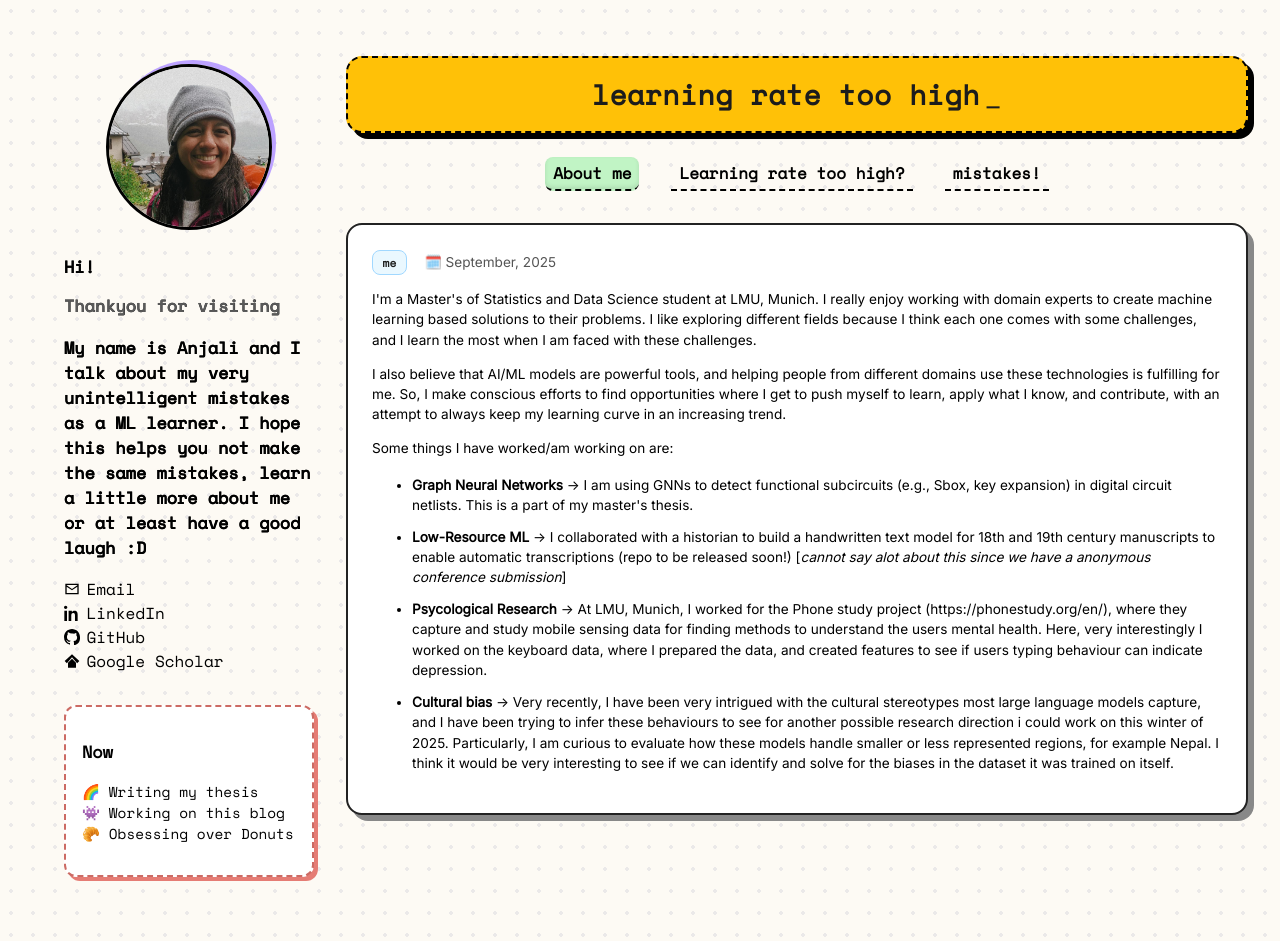
Repository: anjalisarawgi/learning_rate_too_high
Page: index.html
An editor plug-in stored every save of this project. The page is shown before and after the next save, followed by the edit.
The browser window is 1280 px wide. The pictures show the whole page.

Above is the page before, as saved 2025-11-03 10:25:26.

### index.html
<!DOCTYPE html>
<html lang="en">
<head>
  <meta charset="UTF-8" />
  <meta name="viewport" content="width=device-width, initial-scale=1.0" />
  <meta name="title" content="Learning Rate Too High – Machine Learning Mistakes by Anjali Sarawgi">
  <meta name="description" content="A lighthearted blog documenting my ML experiments, mistakes, and lessons learned.">
  <meta name="author" content="Anjali Sarawgi">
  <meta name="robots" content="index, follow">
  <link rel="canonical" href="https://anjalisarawgi.github.io/learning_rate_too_high/">
  <title>learning rate too high</title>
  <!-- <link href="https://fonts.googleapis.com/css2?family=Space+Mono&family=Press+Start+2P&display=swap" rel="stylesheet"> -->
  <link href="https://fonts.googleapis.com/css2?family=Space+Mono&family=Press+Start+2P&family=Inter&display=swap" rel="stylesheet">
  <style>
    body {
      font-family: 'Space Mono', monospace;
      background-color: #fdfaf4;
      margin: 0;
      padding: 2rem;
      /* background-image: radial-gradient(#ebe9e9 2px, transparent 1px); */
      background-image: radial-gradient(#ebe9e9 2px, transparent 2px);
      background-size: 22px 22px;
    }

    header {
      background: #FFC107;
      color: #1C1C1C;
      padding: 1rem 2rem;
      font-size: 1.75rem;
      font-weight: 700;
      font-family: 'Space Mono', monospace;
      border: 2px dashed #000;
      border-radius: 1rem;
      box-shadow: 6px 6px 0 #000;
      max-width: 900px;
      margin: 1.5rem auto;
      text-align: center;
      letter-spacing: 0.5px;
      transition: all 0.2s ease;

    }

    .cursor {
      display: inline-block;
      margin-left: 0.3rem;
      animation: blink 1s steps(2, start) infinite;
      font-weight: 400;
    }

    @keyframes blink {
      to {
        visibility: hidden;
      }
    }

    nav {
      display: flex;
      justify-content: center;
      gap: 2rem;
      margin: 1.5rem 0;
      flex-wrap: wrap;
    }

    nav a {
  text-decoration: none;
  color: #000;
  font-weight: bold;
  border-bottom: 2px dashed #000;
  padding: 0.25rem 0.5rem;
  transition: all 0.2s ease;
}

nav a:hover {
  background: #A9E6AE; /* slightly darker green */
  border-radius: 0.5rem;
  transform: scale(1.05);
}

nav a.active {
  background: #C1F4C5; /* light green */
  border-radius: 0.5rem;
  font-weight: 700;
  box-shadow: inset 0 -2px 4px rgba(0,0,0,0.1);
}

    .card {
      background: #fff;
      border: 2px solid #222;
      border-radius: 1rem;
      box-shadow: 6px 6px 0 #888;
      padding: 1.5rem;
      margin: 2rem auto;
      max-width: 900px;
      transition: all 0.2s ease;

    }

    .card:hover {
      box-shadow: 8px 8px 0 #aaa;
      transform: translate(-2px, -2px);
    }

    .card h2 {
      margin-top: 0;
      color: #222;
    }

    .card small {
      color: #555;
    }

    .tag {
      display: inline-block;
      background: #EAF8FF;
      color: #1C1C1C;
      border: 1px solid #A1D8FF;
      font-size: 0.7rem;
      font-weight: bold;
      padding: 0.2rem 0.6rem;
      margin-right: 0.5rem;
      border-radius: 0.5rem;
    }

    .footer-cta {
      text-align: center;
      margin-top: 4rem;
      font-size: 1rem;
    }

    .now-block {
      background: #fff; /* light lavender background */
      font-size: 0.9rem;
      padding: 1rem;
      border-radius: 0.75rem;
      margin-top: 2rem;
      /* box-shadow: 4px 4px 0 #bca2ff; soft purple shadow */
      /* border: 2px dashed #8e72d6; retro purple border */
      box-shadow: 4px 4px 0 #e57c74; /* balanced warm red shadow */
  border: 2px dashed #cc6b64;   /* slightly deeper coral border */
      color: #000;
    }
    footer {
      text-align: center;
      margin-top: 4rem;
      color: #888;
      font-size:
       0.85rem;
    }

    .intro-bold {
      font-weight: 700;
      font-size: 1.05rem;
      /* color: #111; */
      text-shadow: 0.1px 0.1px #111
    }
    .cute-photo {
  width: 160px;
  height: 160px;
  object-fit: cover;
  border: 3px solid #000;
  box-shadow: 4px 4px 0 #bca2ff;
  /* box-shadow: 4px 4px 0 #a2d2ff; soft blue shadow */
    /* box-shadow: 4px 4px 0 #f4a7a0; pastel red shadow */
  background-color: #fff8e1;
  background: radial-gradient(circle at 30% 30%, #fff8e1 0%, #f2e3ff 80%);
  border-radius: 50%;
  margin: 0 auto 1.5rem auto;
  display: block;

  /* Proper flower mask pattern */
  mask: radial-gradient(circle at center, black 60%, transparent 61%)
        repeat-conic-gradient(black 0deg 20deg, transparent 20deg 40deg);
  -webkit-mask: radial-gradient(circle at center, black 60%, transparent 61%)
                repeat-conic-gradient(black 0deg 20deg, transparent 20deg 40deg);
  mask-composite: intersect;
  -webkit-mask-composite: destination-in;

  transition: transform 0.3s ease;
  transform: rotate(-90deg);
}

.cute-photo:hover {
  box-shadow: 0 0 10px rgba(188, 162, 255, 0.4);
  transform: scale(1.05);
}
    /* .cute-photo:hover {
  transform: rotate(2deg) scale(1.05);
  transition: all 0.3s ease;
} */
    /* Make text inside .card paragraphs and lists use Inter instead of Space Mono */
/* Card body text with smaller, cleaner font */
.card p,
.card li,
.card small {
  font-family: 'Inter', sans-serif;
  font-size: 0.85rem;       /* Smaller size */
  line-height: 1.5;         /* Keep good spacing */
}

/* Card headings stay Space Mono */
.card h2 {
  font-family: 'Space Mono', monospace;
  font-size: 1.3rem;         /* Optional: Slightly smaller heading too */
}
ul li {
  margin-bottom: 0.7rem; /* adjust value as needed */
  line-height: 1.6; /* optional: improves readability */
}
  </style>
</head>
<body>
  <div style="display: flex; max-width: 1400px; margin: 0 auto;">
    <aside style="width: 250px; padding: 2rem; font-family: 'Space Mono', monospace;">
      <img
      src="myphoto2.jpeg"
      alt="Anjali Sarawgi"
      class="cute-photo">
      <h2 class="intro-bold" style="margin-top: 0;">Hi!</h2>
      <h3 class="intro-bold" style="margin-top: 0; color: #5a5a5a;">Thankyou for visiting</h3>
      <p class="intro-bold">
        My name is <strong>Anjali</strong> and I talk about my very unintelligent mistakes as a ML learner. I hope this helps you not make the same mistakes, learn a little more about me or at least have a good laugh :D
      </p>

      <a href="mailto:anjali.sarawgi9@gmail.com" style="display: flex; align-items: center; gap: 0.4rem; text-decoration: none; color: #000;">
        <!-- Email Icon -->
        <svg xmlns="http://www.w3.org/2000/svg" width="16" height="16" fill="currentColor" viewBox="0 0 24 24">
          <path d="M2 4h20v16H2V4zm2 2v.511l8 5.334 8-5.334V6H4zm0 2.489V18h16V8.489l-8 5.333-8-5.333z"/>
        </svg>
        <span>Email</span>
      </a>

      <a href="https://www.linkedin.com/in/anjali-sarawgi" target="_blank" style="display: flex; align-items: center; gap: 0.4rem; text-decoration: none; color: #000;">
        <!-- LinkedIn Icon -->
        <svg xmlns="http://www.w3.org/2000/svg" width="16" height="16" fill="currentColor" viewBox="0 0 24 24">
          <path d="M4.98 3.5C4.98 4.88 3.88 6 2.5 6S0 4.88 0 3.5 1.12 1 2.5 1 4.98 2.12 4.98 3.5zM.5 8.49h4V24h-4V8.49zm7.5 0h3.84v2.11h.05c.54-1.01 1.84-2.07 3.79-2.07 4.05 0 4.8 2.66 4.8 6.12V24h-4v-7.79c0-1.86-.03-4.26-2.59-4.26-2.59 0-2.99 2.02-2.99 4.11V24h-4V8.49z"/>
        </svg>
        <span>LinkedIn</span>
      </a>

      <!-- GitHub -->
      <a href="https://github.com/anjalisarawgi" target="_blank" style="display: flex; align-items: center; gap: 0.4rem; text-decoration: none; color: #000;">
        <svg xmlns="http://www.w3.org/2000/svg" width="16" height="16" fill="currentColor" viewBox="0 0 24 24">
          <path d="M12 0C5.37 0 0 5.37 0 12a12 12 0 008.21 11.43c.6.11.82-.26.82-.58v-2.02c-3.34.73-4.04-1.61-4.04-1.61-.55-1.38-1.35-1.75-1.35-1.75-1.1-.76.08-.74.08-.74 1.22.09 1.87 1.25 1.87 1.25 1.08 1.85 2.84 1.31 3.54 1 .11-.79.42-1.31.76-1.61-2.66-.3-5.47-1.33-5.47-5.91 0-1.31.47-2.38 1.24-3.22-.12-.3-.54-1.52.12-3.17 0 0 1-.32 3.29 1.23A11.45 11.45 0 0112 6.84c1.02.01 2.04.14 3 .42 2.29-1.55 3.29-1.23 3.29-1.23.66 1.65.24 2.87.12 3.17.77.84 1.24 1.91 1.24 3.22 0 4.6-2.82 5.61-5.5 5.91.43.37.81 1.09.81 2.21v3.27c0 .32.22.69.83.57A12 12 0 0024 12c0-6.63-5.37-12-12-12z"/>
        </svg>
        <span>GitHub</span>
      </a>


      <!-- Google Scholar -->
      <a href="https://scholar.google.com/citations?user=S54iOkAAAAAJ&hl=en" target="_blank" style="display: flex; align-items: center; gap: 0.4rem; text-decoration: none; color: #000;">
        <svg xmlns="http://www.w3.org/2000/svg" width="16" height="16" fill="currentColor" viewBox="0 0 24 24">
          <path d="M12 2L1 12l3.29 3.29L12 6.41l7.71 8.88L23 12zM12 8.5l-6 6V22h12v-7.5l-6-6z"/>
        </svg>
        <span>Google Scholar</span>
      </a>


      <div class="now-block">
        <h3>Now</h3>
        <p>🌈 Writing my thesis<br>👾 Working on this blog <br>🥐 Obsessing over Donuts</p>
      </div>
    </aside>

    <main style="flex: 1;">
      <header>learning rate too high<span class="cursor">_</span></header>
      <nav>
        <a href="#" data-tab="about" class="active" >About me</a>
        <a href="#" data-tab="loss-infinity">Learning rate too high?</a>
        <a href="#" data-tab="loss-infinity">mistakes!</a>
        <!-- <a href="#" data-tab="raw-text">uncertainity?</a> -->
        <!-- <a href="#" data-tab="wrong-script">wrong script AGAIN!</a> -->
        <!-- <a href="#" data-tab="wrong-script">package version/s</a> -->
        <!-- <a href="#" data-tab="wrong-script">parameters are IMP</a> -->
        <!-- <a href="#" data-tab="wrong-script">some research directions i think of</a> -->
        <!-- <a href="#" data-tab="wrong-script">the data problem</a> -->

        <!-- <a href="#" data-tab="shuffled-labels">shuffled labels</a> -->
      </nav>

      <div class="card" data-tab-content="wrong-script" style="display: none;">
        <div class="tag">bug</div><div class="tag">torch</div>
        <h2>correct code ... wrong script in training</h2>
        <small>🗓️ May, 2025</small>
        <p>I trained a model. I tweaked layers. I changed the loss function. I cursed PyTorch.<br>Nothing changed.<br><br>Turns out, I was editing <code>train.py</code> in folder A and running <code>train.py</code> in folder B. The curse was me.</p>
      </div>

      <div class="card" data-tab-content="loss-infinity" style="display: none;">
        <div class="tag">loss</div><div class="tag">div/0</div>
        <h2>loss infinity</h2>
        <small>🗓️ Jul 10, 2025</small>
        <p>My model diverged so hard it reached theological questions.<br>Turns out I forgot to normalize the input. Again. And again. And again...</p>
      </div>

      <div class="card" data-tab-content="raw-text" style="display: none;">
        <div class="tag">gnn</div><div class="tag">raw text</div>
        <h2>raw text to GNN</h2>
        <small>🗓️ Jun 5, 2025</small>
        <p>I tried putting raw text directly into a GNN.<br>It screamed. I listened.<br>Don't do it.</p>
      </div>

      <div class="card" data-tab-content="shuffled-labels" style="display: none;">
        <div class="tag">labels</div><div class="tag">oops</div>
        <h2>shuffled labels</h2>
        <small>🗓️ May 18, 2025</small>
        <p>I shuffled my data and accidentally shuffled the labels *separately*.<br>The model got creative, but not in a good way.</p>
      </div>

      <div class="card" data-tab-content="about" style="display: block;">
        <div class="tag">me</div>
        <!-- <h2>About me</h2> -->
        <small>🗓️ September, 2025</small>
        <!-- <h2>Hi, I'm Anjali ✨</h2> -->
        <p>I'm a Master's  of Statistics and Data Science student at LMU, Munich. I really enjoy working with domain experts to create machine learning based solutions to their problems. I like exploring different fields because I think each one comes with some challenges, and I learn the most when I am faced with these challenges.        </p>
        <p>I also believe that AI/ML models are powerful tools, and helping people from different domains use these technologies is fulfilling for me. So, I make conscious efforts to find opportunities where I get to push myself to learn, apply what I know, and contribute, with an attempt to always keep my learning curve in an increasing trend.</p>
        <p>Some things I have worked/am working on are:</p>
        <ul>
          <li><strong>Graph Neural Networks</strong> -> I am using GNNs to detect functional subcircuits (e.g., Sbox, key expansion) in digital circuit netlists. This is a part of my master's thesis.
          <li><strong>Low-Resource ML</strong> -> I collaborated with a historian to build a handwritten text model for 18th and 19th century manuscripts to enable automatic transcriptions (repo to be released soon!) [<i>cannot say alot about this since we have a anonymous conference submission</i>]
          <li><strong>Psycological Research</strong> -> At LMU, Munich, I worked for the Phone study project (https://phonestudy.org/en/), where they capture and study mobile sensing data for finding methods to understand the users mental health. Here, very interestingly I worked on the keyboard data, where I prepared the data, and created features to see if users typing behaviour can indicate depression.
          <li><strong>Cultural bias</strong> -> Very recently, I have been very intrigued with the cultural stereotypes most large language models capture, and I have been trying to infer these behaviours to see for another possible research direction i could work on this winter of 2025. Particularly, I am curious to evaluate how these models handle smaller or less represented regions, for example Nepal. I think it would be very interesting to see if we can identify and solve for the biases in the dataset it was trained on itself.
        </ul>

      </div>

      <!-- <footer>
        💥 for more, please wait for me to have another breakdown
      </footer> -->
    </main>
  </div>

  <!-- JS for tab switching -->
  <script>
    const tabs = document.querySelectorAll('nav a');
    const cards = document.querySelectorAll('[data-tab-content]');

    tabs.forEach(tab => {
      tab.addEventListener('click', (e) => {
        e.preventDefault();
        const target = tab.getAttribute('data-tab');

        // Hide all cards
        cards.forEach(card => {
          card.style.display = 'none';
        });

        // Remove 'active' class from all tabs
        tabs.forEach(t => t.classList.remove('active'));

        // Add 'active' to clicked tab
        tab.classList.add('active');

        // Show the matching card
        const activeCard = document.querySelector(`[data-tab-content="${target}"]`);
        if (activeCard) activeCard.style.display = 'block';
      });
    });
  </script>
</body>
</html>

After the next save:
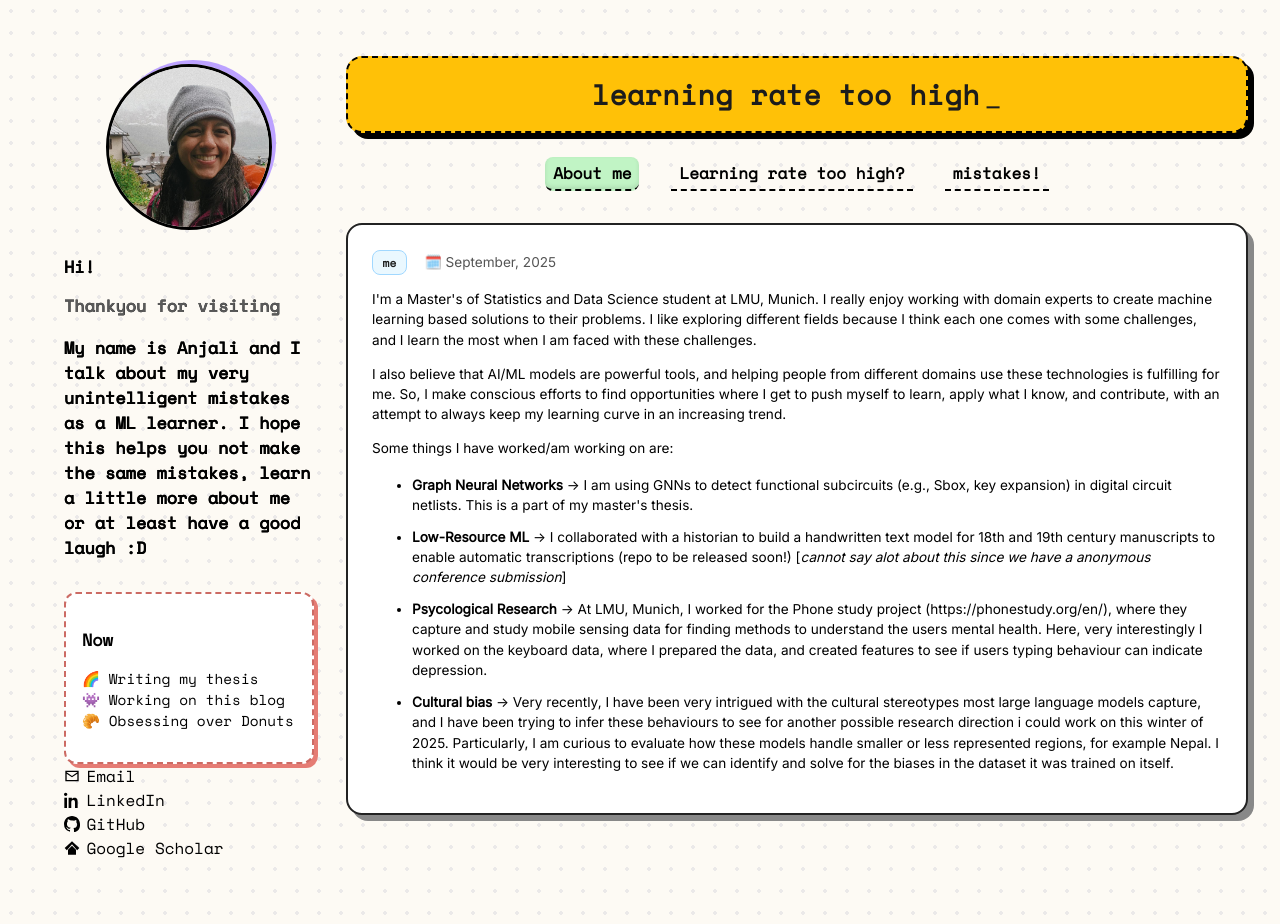
Saved 70 s later.
--- a/index.html
+++ b/index.html
@@ -221,6 +221,10 @@
         My name is <strong>Anjali</strong> and I talk about my very unintelligent mistakes as a ML learner. I hope this helps you not make the same mistakes, learn a little more about me or at least have a good laugh :D
       </p>
 
+      <div class="now-block">
+        <h3>Now</h3>
+        <p>🌈 Writing my thesis<br>👾 Working on this blog <br>🥐 Obsessing over Donuts</p>
+      </div>
       <a href="mailto:anjali.sarawgi9@gmail.com" style="display: flex; align-items: center; gap: 0.4rem; text-decoration: none; color: #000;">
         <!-- Email Icon -->
         <svg xmlns="http://www.w3.org/2000/svg" width="16" height="16" fill="currentColor" viewBox="0 0 24 24">
@@ -255,10 +259,6 @@
       </a>
 
 
-      <div class="now-block">
-        <h3>Now</h3>
-        <p>🌈 Writing my thesis<br>👾 Working on this blog <br>🥐 Obsessing over Donuts</p>
-      </div>
     </aside>
 
     <main style="flex: 1;">

After the save that followed:
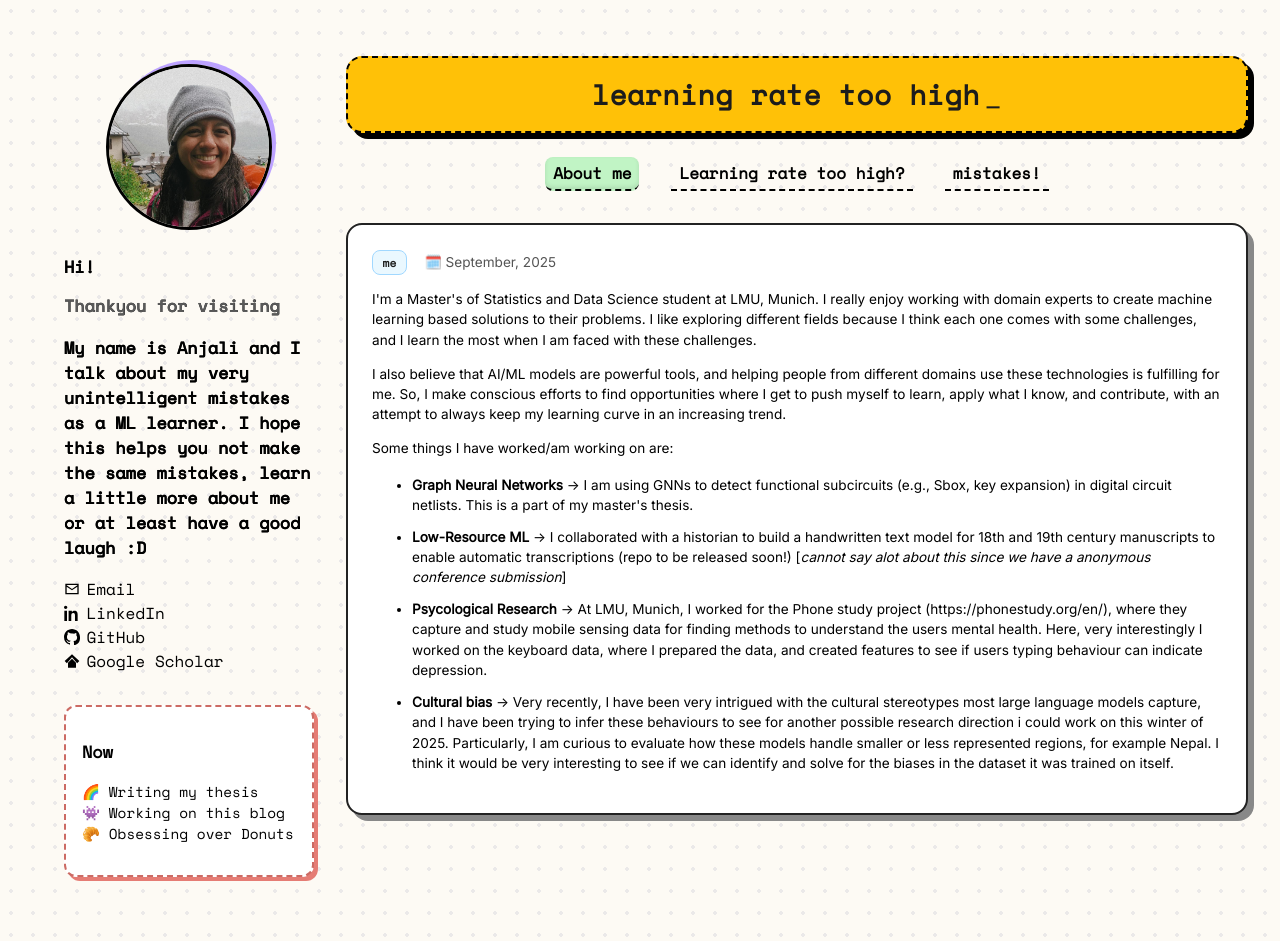
Saved 8 s later.
--- a/index.html
+++ b/index.html
@@ -221,10 +221,6 @@
         My name is <strong>Anjali</strong> and I talk about my very unintelligent mistakes as a ML learner. I hope this helps you not make the same mistakes, learn a little more about me or at least have a good laugh :D
       </p>
 
-      <div class="now-block">
-        <h3>Now</h3>
-        <p>🌈 Writing my thesis<br>👾 Working on this blog <br>🥐 Obsessing over Donuts</p>
-      </div>
       <a href="mailto:anjali.sarawgi9@gmail.com" style="display: flex; align-items: center; gap: 0.4rem; text-decoration: none; color: #000;">
         <!-- Email Icon -->
         <svg xmlns="http://www.w3.org/2000/svg" width="16" height="16" fill="currentColor" viewBox="0 0 24 24">
@@ -259,6 +255,10 @@
       </a>
 
 
+      <div class="now-block">
+        <h3>Now</h3>
+        <p>🌈 Writing my thesis<br>👾 Working on this blog <br>🥐 Obsessing over Donuts</p>
+      </div>
     </aside>
 
     <main style="flex: 1;">
